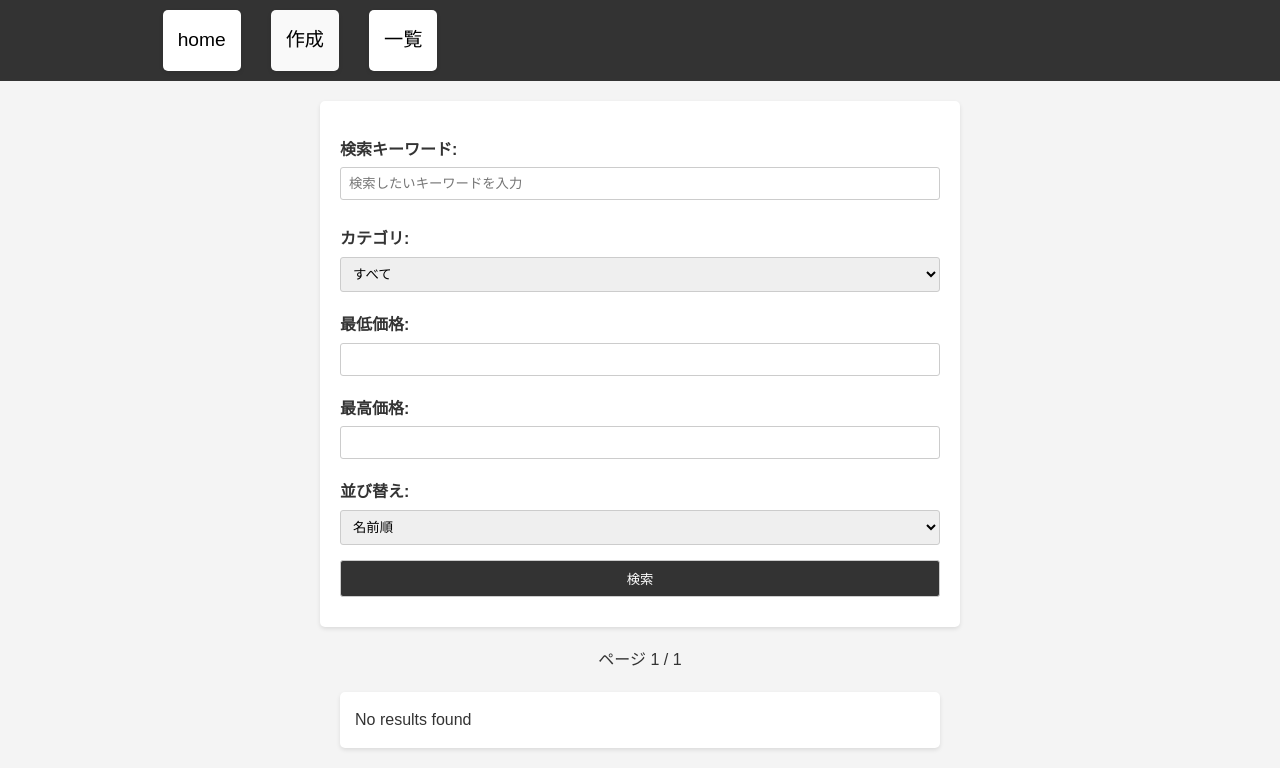
Repository: mamesuke7274/2024_kouki_kuwayamasyoutarou
Page: http://localhost/
The author's editor kept a copy of each file at every save. The page is drawn from the files as they stood at one save, then again after a run of saves.
The browser window is 1280 px wide. The pictures show the whole page.
The page is served by the project's application, run on Django 4.2 (manage.py). Other server files are loaded and not shown. Queries for data that is not in the repository find no rows.

Above is the page before, as saved 2024-10-26 10:54:03.

### search_app/views.py
from django.shortcuts import render, get_object_or_404, redirect
from .models import Product, Category
from .forms import ProductForm, SearchForm
from django.core.paginator import Paginator

def product_create(request):
    if request.method == 'POST':
        form = ProductForm(request.POST)
        if form.is_valid():
            form.save()
            return redirect('product_list')
    else:
        form = ProductForm()
    return render(request, 'product_form.html', {'form': form})

def product_detail(request, pk):
    product = get_object_or_404(Product, pk=pk)

    return render(request, 'product_detail.html', {'product': product})

def product_update(request, pk):
    product = get_object_or_404(Product, pk=pk)
    if request.method == 'POST':
        form = ProductForm(request.POST, instance=product)
        if form.is_valid():
            form.save()
            return redirect('product_detail', pk=product.pk)
    else:
        form = ProductForm(instance=product)
    # product オブジェクトをテンプレートに渡す
    return  render(request,  'product_form.html',  {'form':  form,  'product': product})

def product_delete(request, pk):
    product = get_object_or_404(Product, pk=pk)
    if request.method == 'POST':
        product.delete()
        return redirect('product_list')
    return render(request, 'product_confirm_delete.html', {'product': product})

def product_list(request):
    products = Product.objects.all()
    print(products)
    return render(request, 'product_list.html', {'products': products})

def search_view(request):
    form = SearchForm(request.GET or None)
    results = Product.objects.all()  # クエリセットの初期化
    if form.is_valid():
        query = form.cleaned_data['query']
        if query:
            results = results.filter(name__icontains=query)
    # カテゴリフィルタリング
    category_name = request.GET.get('category')
    if category_name:
        try:
            # カテゴリ名に基づいてカテゴリIDを取得
            category = Category.objects.get(name=category_name)
            results = results.filter(category_id=category.id)
        except Category.DoesNotExist:
            results = results.none() # 存在しないカテゴリの場合、結果を空にする
            category = None

    # 価格のフィルタリング（最低価格・最高価格）
    min_price = request.GET.get('min_price')
    max_price = request.GET.get('max_price')
    if min_price:
        results = results.filter(price__gte=min_price)
    if max_price:
        results = results.filter(price__lte=max_price)

    # 並び替え処理
    sort_by = request.GET.get('sort', 'name')
    if sort_by == 'price_asc':
        results = results.order_by('price')
    elif sort_by == 'price_desc':
        results = results.order_by('-price')

    # クエリセットをリストに変換せず、直接Paginatorに渡す
    paginator = Paginator(results, 10)
    page_number = request.GET.get('page')
    page_obj = paginator.get_page(page_number)

    return render(request, 'search.html', {'form': form, 'page_obj': page_obj, 'results': results})

### search_app/templatetags/custom_filters.py
from django import template

register = template.Library()

@register.filter
def to(value):
    try:
        return range(1, value + 1)
    except TypeError:
        return []

### search_app/templates/search.html
<!DOCTYPE html>
<html lang="en">

<head>
    <meta charset="UTF-8">
    <meta name="viewport" content="width=device-width, initial-scale=1.0">
    <title>search_app</title>
</head>

<body>
    <style>
        /* 全体の基本スタイル */
        body {
            font-family: Arial, sans-serif;
            line-height: 1.6;
            margin: 0;
            padding: 0;
            background-color: #f4f4f4;
            color: #333;
        }

        header {
            background-color: #333;
            color: #fff;
            padding: 10px 0;
        }

        nav ul {
            list-style: none;
            padding: 0;
            display: flex;
            justify-content: center;
            margin: 0;
        }

        nav ul li {
            margin: 0 15px;
        }

        nav ul li a {
            color: #fff;
            text-decoration: none;
            font-size: 1.2em;
            transition: color 0.3s;
        }

        nav ul li a:hover {
            color: #ddd;
        }

        /* フォームスタイル */
        form {
            background: #fff;
            padding: 20px;
            margin: 20px auto;
            max-width: 600px;
            border-radius: 5px;
            box-shadow: 0 2px 4px rgba(0, 0, 0, 0.1);
        }

        form label {
            display: block;
            margin-top: 10px;
            font-weight: bold;
        }

        form input,
        form select,
        form button {
            width: 100%;
            padding: 8px;
            margin-top: 5px;
            margin-bottom: 10px;
            border: 1px solid #ccc;
            border-radius: 3px;
            box-sizing: border-box;
        }

        form button {
            background-color: #333;
            color: #fff;
            cursor: pointer;
            transition: background-color 0.3s;
        }

        form button:hover {
            background-color: #555;
        }

        /* ページネーションスタイル */
        .pagination {
            text-align: center;
            margin: 20px 0;
        }

        .pagination a {
            text-decoration: none;
            color: #333;
            margin: 0 5px;
            padding: 5px 10px;
            border: 1px solid #333;
            border-radius: 3px;
            transition: background-color 0.3s, color 0.3s;
        }

        .pagination a:hover {
            background-color: #333;
            color: #fff;
        }

        .pagination span {
            display: inline-block;
            margin: 0 5px;
        }

        /* 商品リストスタイル */
        ul {
            list-style: none;
            padding: 0;
            max-width: 600px;
            margin: 20px auto;
        }

        ul li {
            background: #fff;
            margin-bottom: 10px;
            padding: 15px;
            border-radius: 5px;
            box-shadow: 0 2px 4px rgba(0, 0, 0, 0.1);
        }

        ul li:nth-child(even) {
            background-color: #f9f9f9;
        }

        ul li:hover {
            background-color: #f0f0f0;
        }

        .nave a {
            color: #000;
        }
    </style>
    <header>
        <nav>
            <ul>
                <li class="nave"><a href="{% url 'search_view' %}">home</a></li>
                <li class="nave"><a href="{% url 'product_create' %}">作成</a></li>
                <li class="nave"><a href="{% url 'product_list' %}">一覧</a></li>
            </ul>
        </nav>
    </header>
    <form method="get">
        {{ form.as_p }}
        <label for="category">カテゴリ:</label>
        <select name="category">
            <option value="">すべて</option>
            <option value="books">本</option>
            <option value="electronics">電子機器</option>
        </select>
        <label for="min_price">最低価格:</label>
        <input type="number" name="min_price" min="0">
        <label for="max_price">最高価格:</label>
        <input type="number" name="max_price" min="0">
        <!-- 並び替えの選択 -->
        <label for="sort">並び替え:</label>
        <select name="sort">
            <option value="name">名前順</option>
            <option value="price_asc">価格が安い順</option>
            <option value="price_desc">価格が高い順</option>
        </select>
        <button type="submit">検索</button>
    </form>
    <div class="pagination">
        <span class="step-links">
            {% if page_obj.has_previous %}
            <a href="?page=1">最初</a>
            <a href="?page={{ page_obj.previous_page_number }}">前へ</a>
            {% endif %}
            <span>ページ {{ page_obj.number }} /
                {{ page_obj.paginator.num_pages }}</span>
            {% if page_obj.has_next %}
            <a href="?page={{ page_obj.next_page_number }}">次へ</a>
            <a href="?page={{ page_obj.paginator.num_pages }}">最後</a>
            {% endif %}
        </span>
    </div>
    <ul>
        {% for product in page_obj %}
        <li>{{ product.name }} - {{ product.price }}</li>
        {% empty %}
        <li>No results found</li>
        {% endfor %}
    </ul>



</body>

</html>

### search_app/forms.py
from django import forms
from .models import Product

class SearchForm(forms.Form):
    query = forms.CharField(
        label='検索キーワード',
        max_length=100,
        required=False,
        widget=forms.TextInput(attrs={'placeholder': '検索したいキーワードを入力'})
    )

class ProductForm(forms.ModelForm):
    class Meta:
        model = Product
        fields = ['name', 'description', 'price', 'category']

### search_project/urls.py
from django.contrib import admin
from django.urls import path,include

urlpatterns = [
    path('admin/', admin.site.urls),
    path('', include('search_app.urls')),
]

### search_app/urls.py
from django.urls import path
from . import views
urlpatterns = [
    path('', views.search_view, name='search'),
    path('search/', views.search_view, name='search_view'),
    path('product/new/', views.product_create, name='product_create'),
    path('product/<int:pk>/', views.product_detail, name='product_detail'),
    path('product/<int:pk>/edit/',  views.product_update, name='product_update'),
    path('product/<int:pk>/delete',  views.product_delete, name='product_delete'),
    path('product/', views.product_list, name='product_list'),
]

After the next 2 saves:
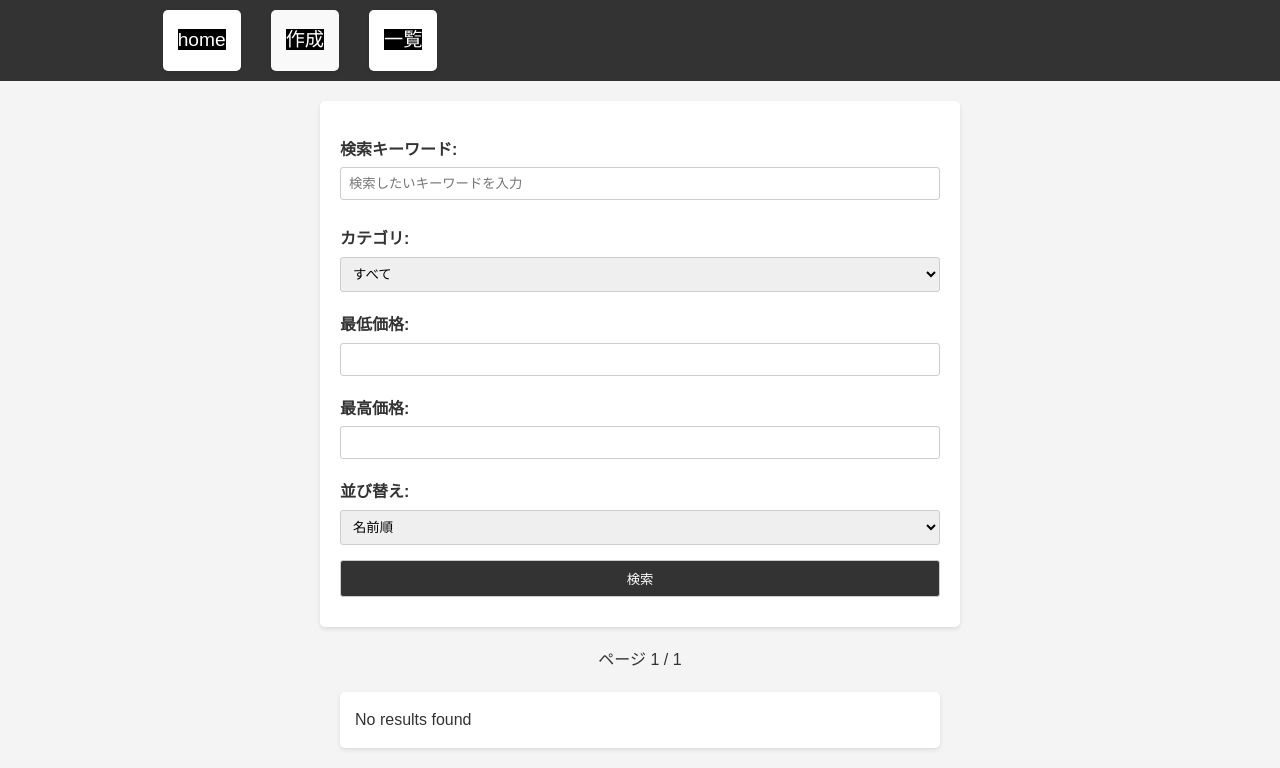
The 2 saves are shown as one change because they came seconds apart.
The last was saved 19 s later.
--- a/search_app/templates/search.html
+++ b/search_app/templates/search.html
@@ -138,7 +138,7 @@
         }
 
         .nave a {
-            color: #000;
+            background-color: #000;
         }
     </style>
     <header>
